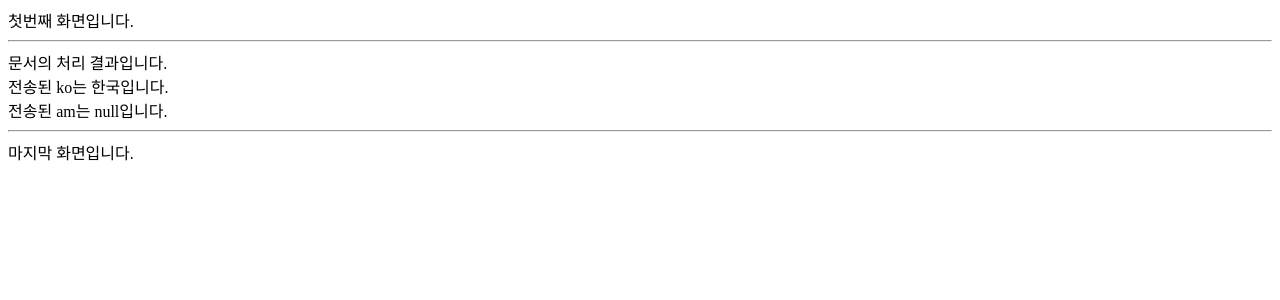
Repository: JuHyeon-S/21-1-Web-Back-end_Programming
Page: http://localhost/week09/main3.jsp
The author's editor kept a copy of each file at every save. The page is drawn from the files as they stood at one save, then again after the next save.
The browser window is 1280 px wide. The pictures show the whole page.
The page is served by Tomcat 9.

Above is the page before, as saved 2021-04-29 15:20:37.

### week09/week09/src/main/webapp/main3.jsp
<%@ page language="java" contentType="text/html; charset=EUC-KR"
    pageEncoding="EUC-KR"%>
<%
	request.setCharacterEncoding("euc-kr");
	out.println("첫번째 화면입니다." + "<br><hr>");
%>

<jsp:include page="paramto.jsp" flush="true">
	<jsp:param name="ko" value="한국" />
	<jsp:param value="am" name="미국"/>
</jsp:include>

<%
	out.println("<hr> 마지막 화면입니다." + "<br>");
%>

### week09/week09/src/main/webapp/paramto.jsp
<%@ page language="java" contentType="text/html; charset=EUC-KR"
    pageEncoding="EUC-KR"%>
<%
	request.setCharacterEncoding("euc-kr");

	String nko = request.getParameter("ko");
	String nam = request.getParameter("am");
	out.println("문서의 처리 결과입니다." + "<br>");

	out.println("전송된 ko는 " + nko + "입니다.<br>");
	out.println("전송된 am는 " + nam + "입니다.<br>");

%>

After the next save:
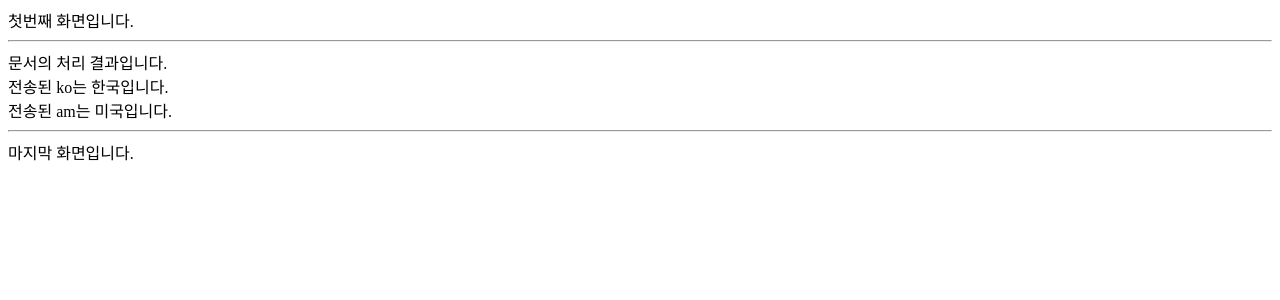
Saved 52 s later.
--- a/week09/week09/src/main/webapp/main3.jsp
+++ b/week09/week09/src/main/webapp/main3.jsp
@@ -7,7 +7,7 @@
 
 <jsp:include page="paramto.jsp" flush="true">
 	<jsp:param name="ko" value="한국" />
-	<jsp:param value="am" name="미국"/>
+	<jsp:param name="am" value="미국"/>
 </jsp:include>
 
 <%
